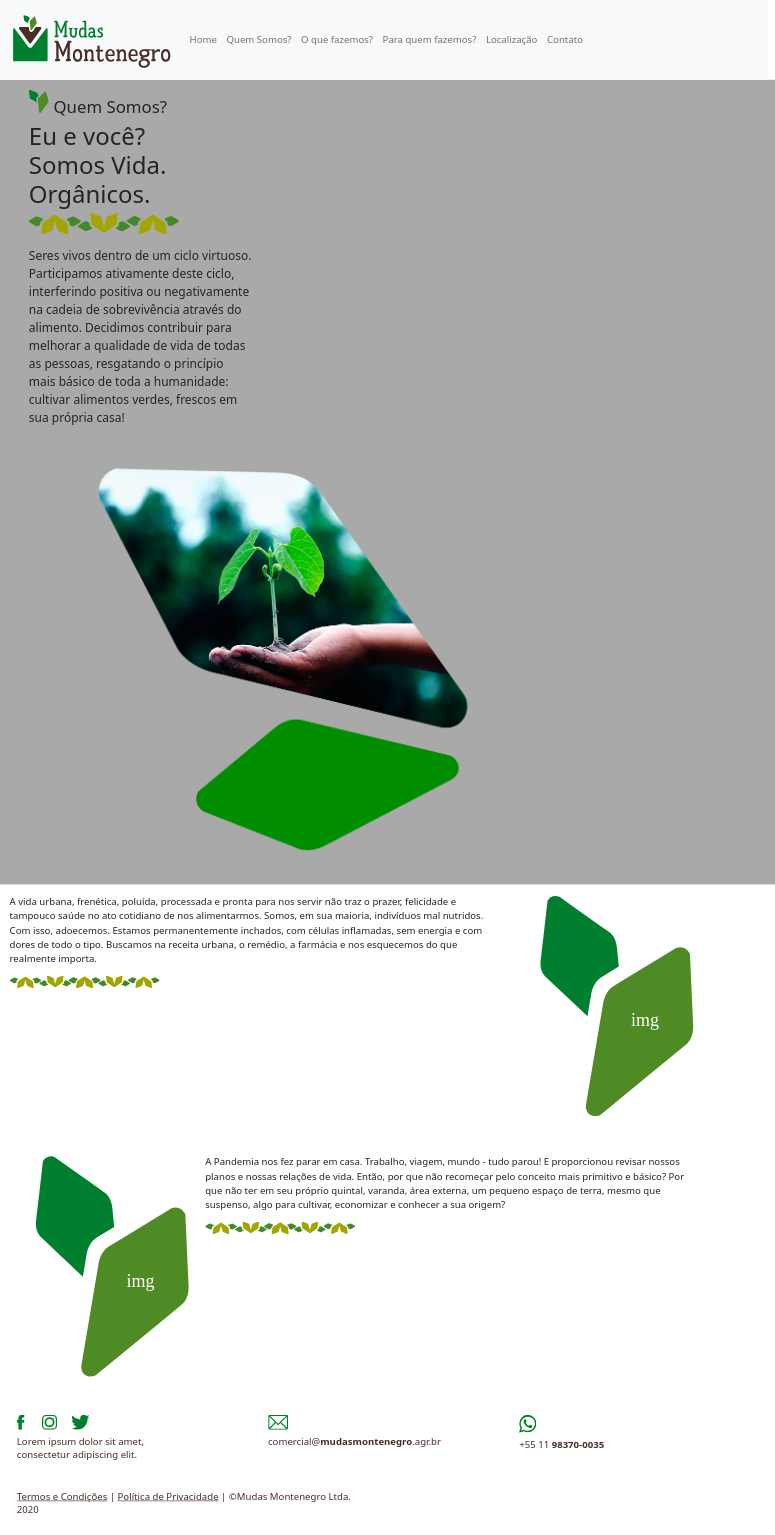
Repository: MaKnok/mudas-montenegro
Page: quem-somos.html
The author's editor kept a copy of each file at every save. The page is drawn from the files as they stood at one save, then again after the next save.
The browser window is 1280 px wide. The page is 1292 px wide, so the pictures cover 1292 px, including what lies to the right of the window. The pictures show the whole page, at 60% of full size.
Some web libraries are served in a nearby version.

Above is the page before, as saved 2021-06-17 14:26:00.

After the next save:
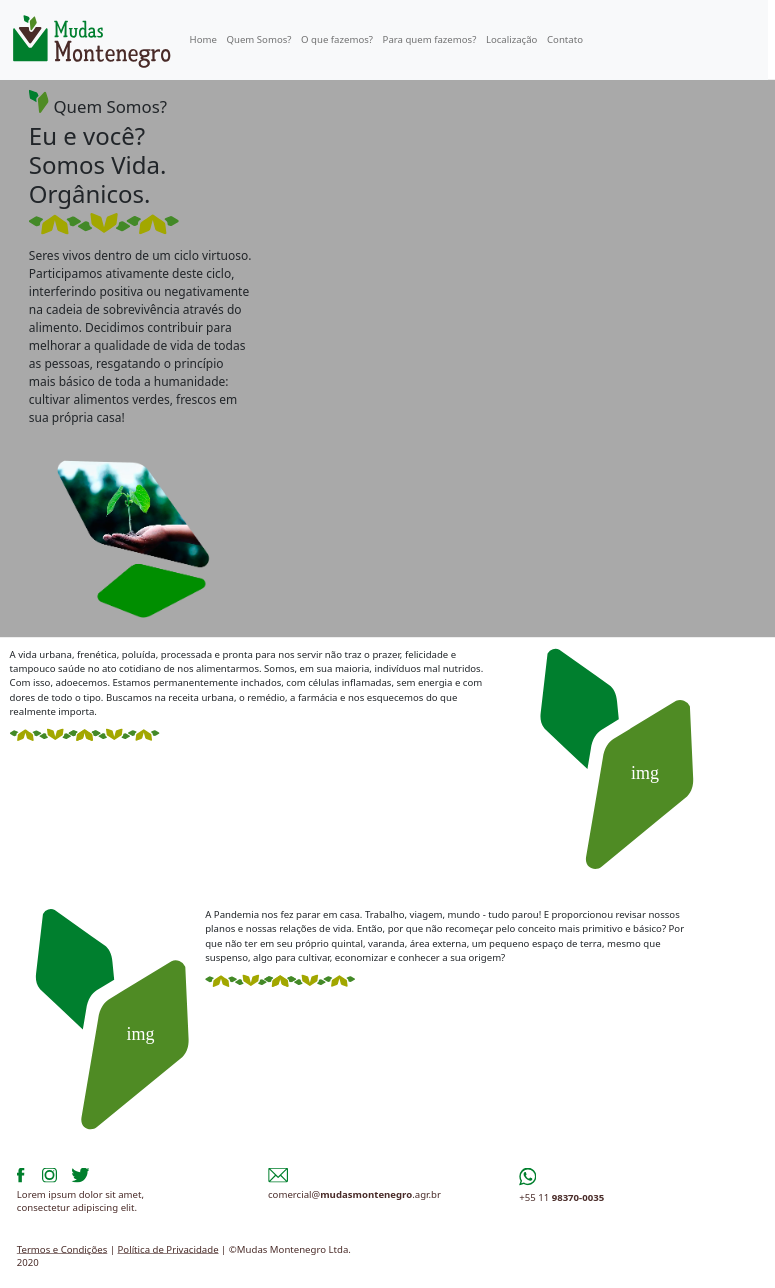
Saved 2 min 21 s later.
--- a/style.css
+++ b/style.css
@@ -156,6 +156,10 @@
   -webkit-backface-visibility: visible;
   backface-visibility: visible;
   background-color: #000;
+}
+
+.image-top {
+  width: 20rem;
 }
 
 /*--- Fixed Background Image --*/

After the save that followed:
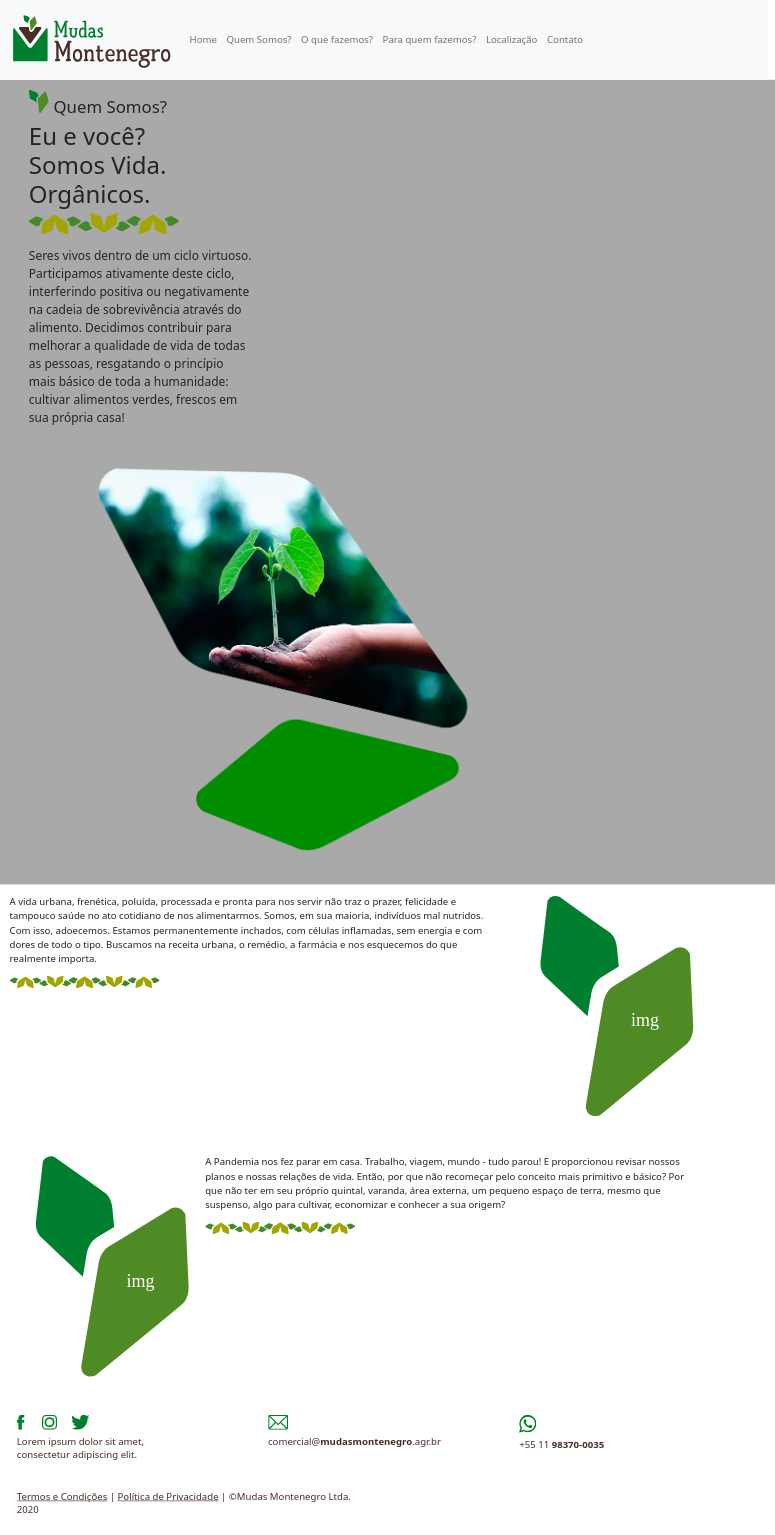
Saved 22 s later.
--- a/style.css
+++ b/style.css
@@ -156,10 +156,6 @@
   -webkit-backface-visibility: visible;
   backface-visibility: visible;
   background-color: #000;
-}
-
-.image-top {
-  width: 20rem;
 }
 
 /*--- Fixed Background Image --*/
